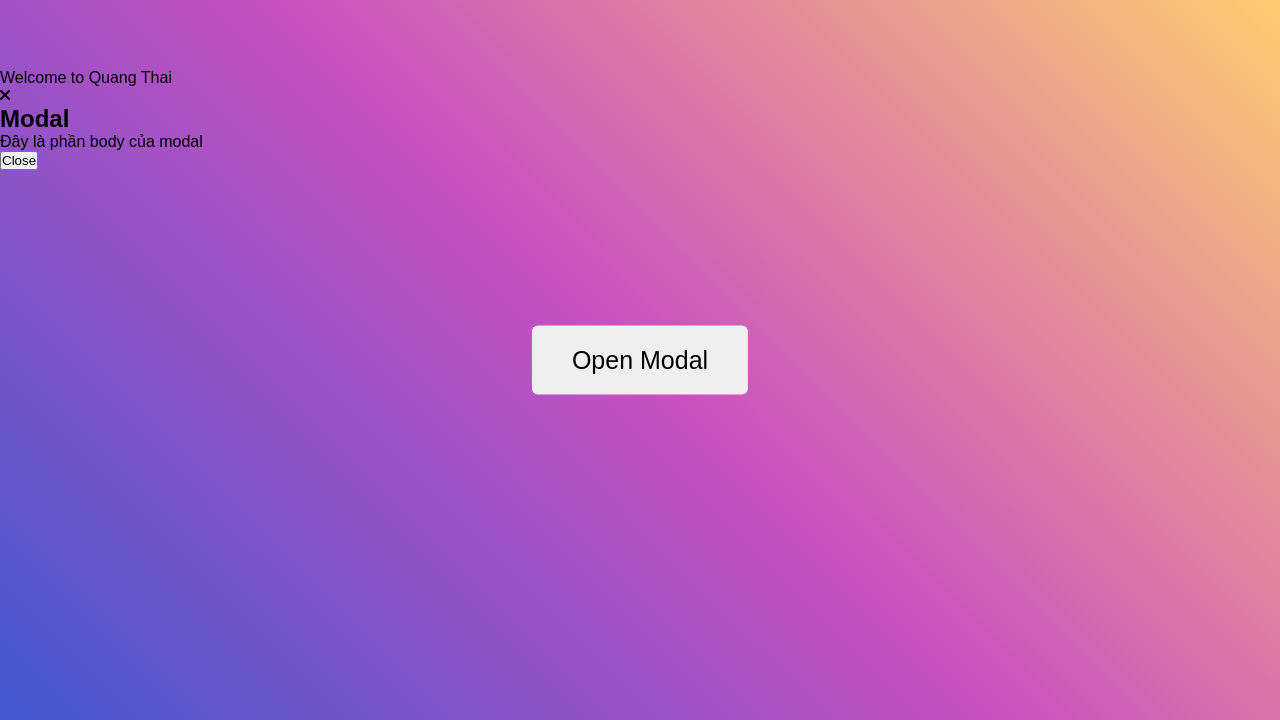
Repository: QUANGTHAI2003/modal
Page: index.html
These files come from the project's save history. The page is drawn as it stood at one moment and after the next save; the edit follows.
The browser window is 1280 px wide. The pictures show the whole page.

Above is the page before, as saved 2022-02-28 21:36:41.

After the next save:
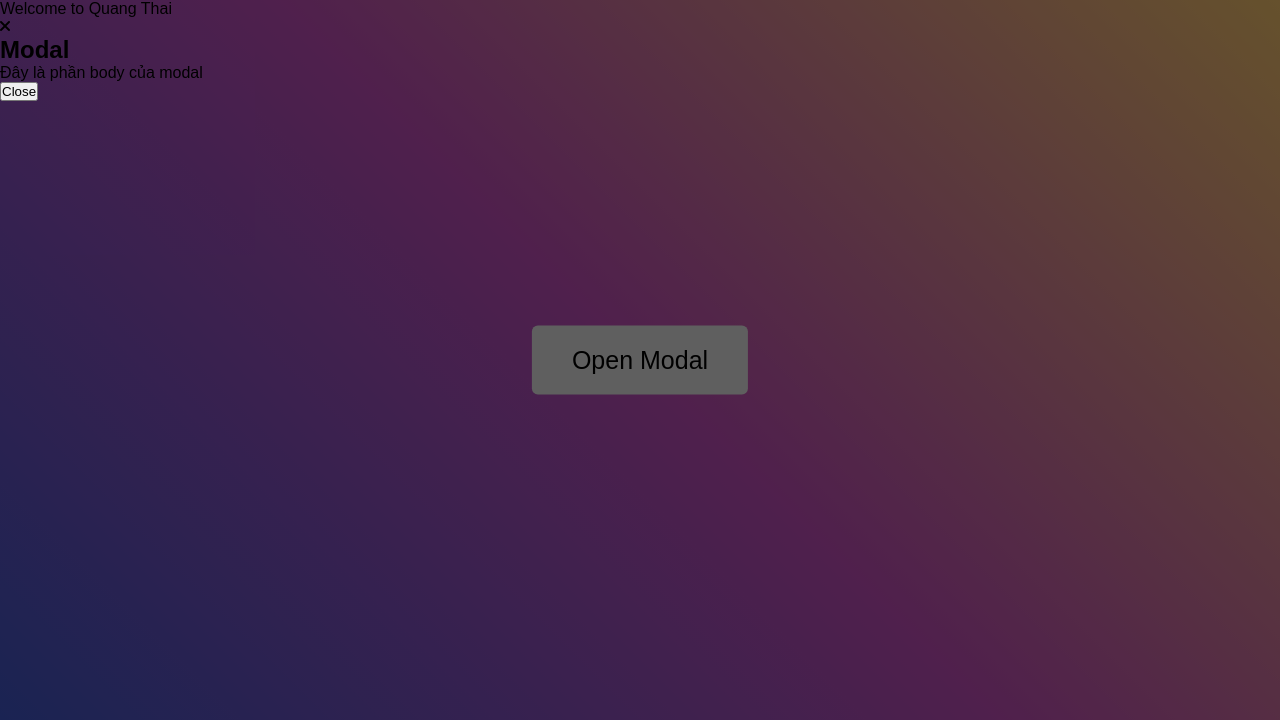
Saved 53 s later.
--- a/style.css
+++ b/style.css
@@ -28,3 +28,11 @@ body {
     transform: translate(-50%, -50%);
     font-size: 25px;
 }
+
+.modal {
+    position: fixed;
+    top: 0;
+    height: 100vh;
+    width: 100vw;
+    background: rgba(0, 0, 0, 0.6);
+}
